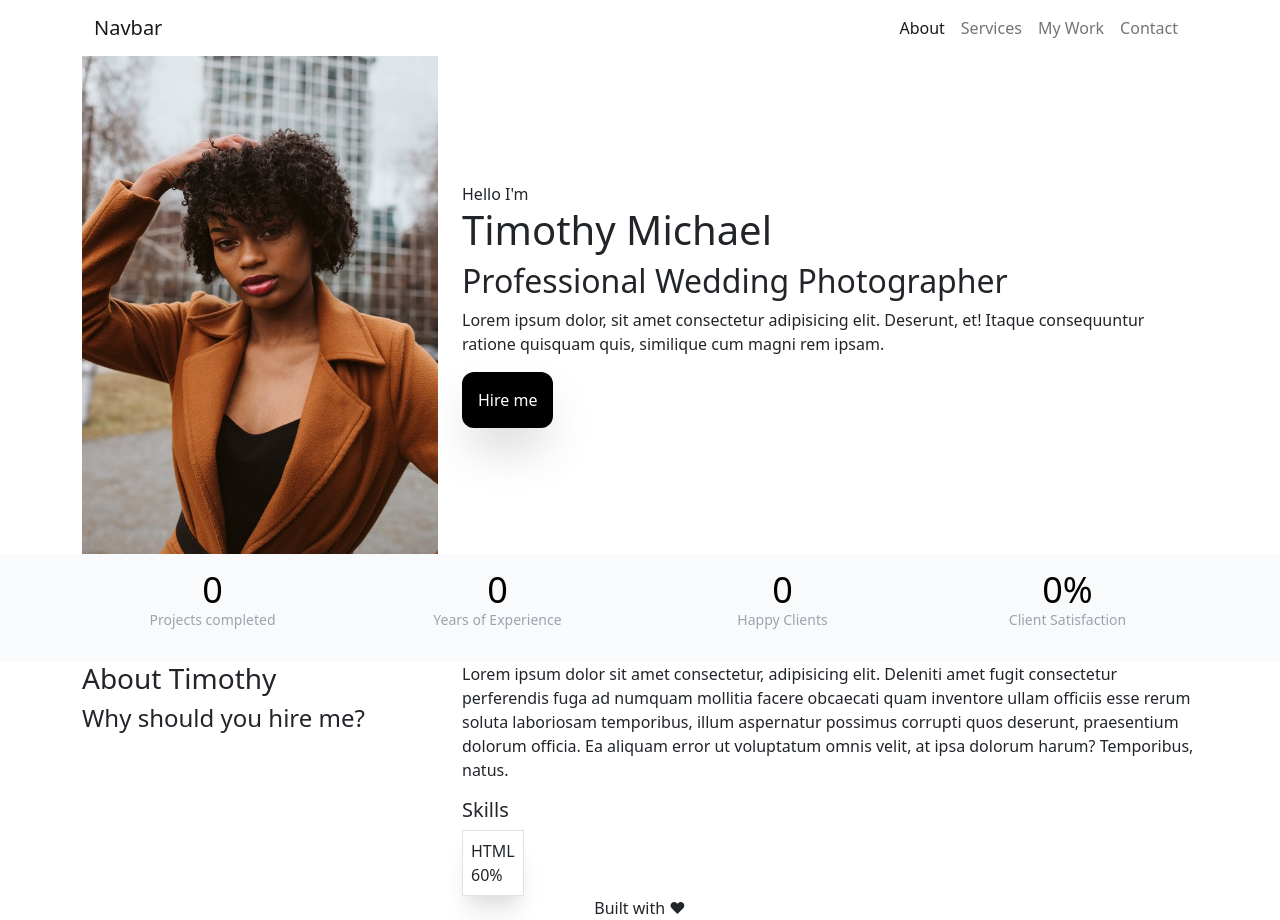
Repository: latenightsnacc/giggles
Page: HTML/freelancer.html
The author's editor kept a copy of each file at every save. The page is drawn from the files as they stood at one save, then again after the next save.
The browser window is 1280 px wide. The pictures show the whole page.
Some web libraries are served in a nearby version.

Above is the page before, as saved 2021-01-03 15:12:38.

After the next save:
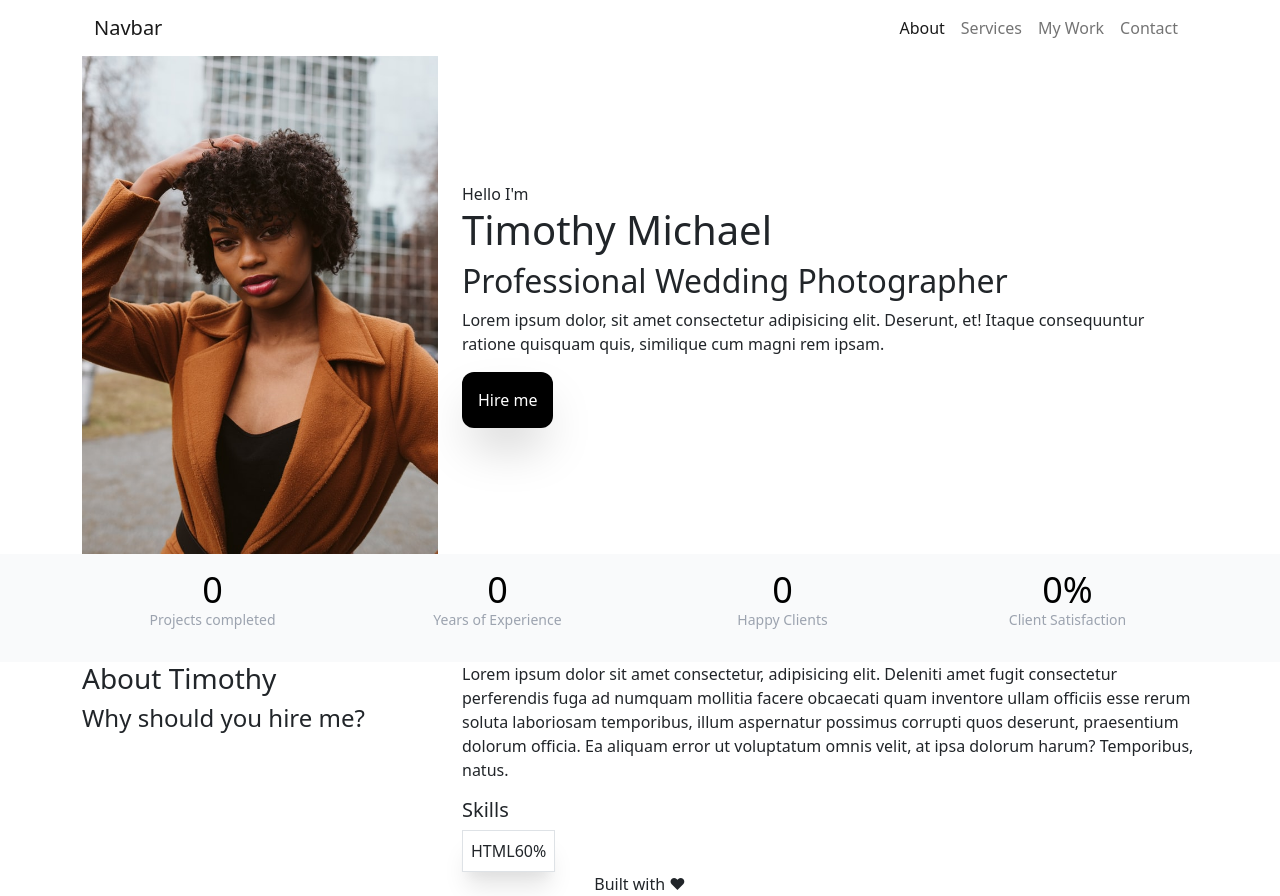
Saved 29 s later.
--- a/HTML/freelancer.html
+++ b/HTML/freelancer.html
@@ -98,7 +98,7 @@
                     <p>Lorem ipsum dolor sit amet consectetur, adipisicing elit. Deleniti amet fugit consectetur perferendis fuga ad numquam mollitia facere obcaecati quam inventore ullam officiis esse rerum soluta laboriosam temporibus, illum aspernatur possimus corrupti quos deserunt, praesentium dolorum officia. Ea aliquam error ut voluptatum omnis velit, at ipsa dolorum harum? Temporibus, natus.</p>
                     <h5>Skills</h5>
                     <div class="d-flex flex-wrap">
-                        <div class="skill-box shadow-xl max-w-sm p-2 border border-blue-100">
+                        <div class="skill-box shadow-xl max-w-sm p-2 border border-gray-100 flex justify-center">
                             <div>HTML</div>
                             <span>60%</span>
                         </div>

After the save that followed:
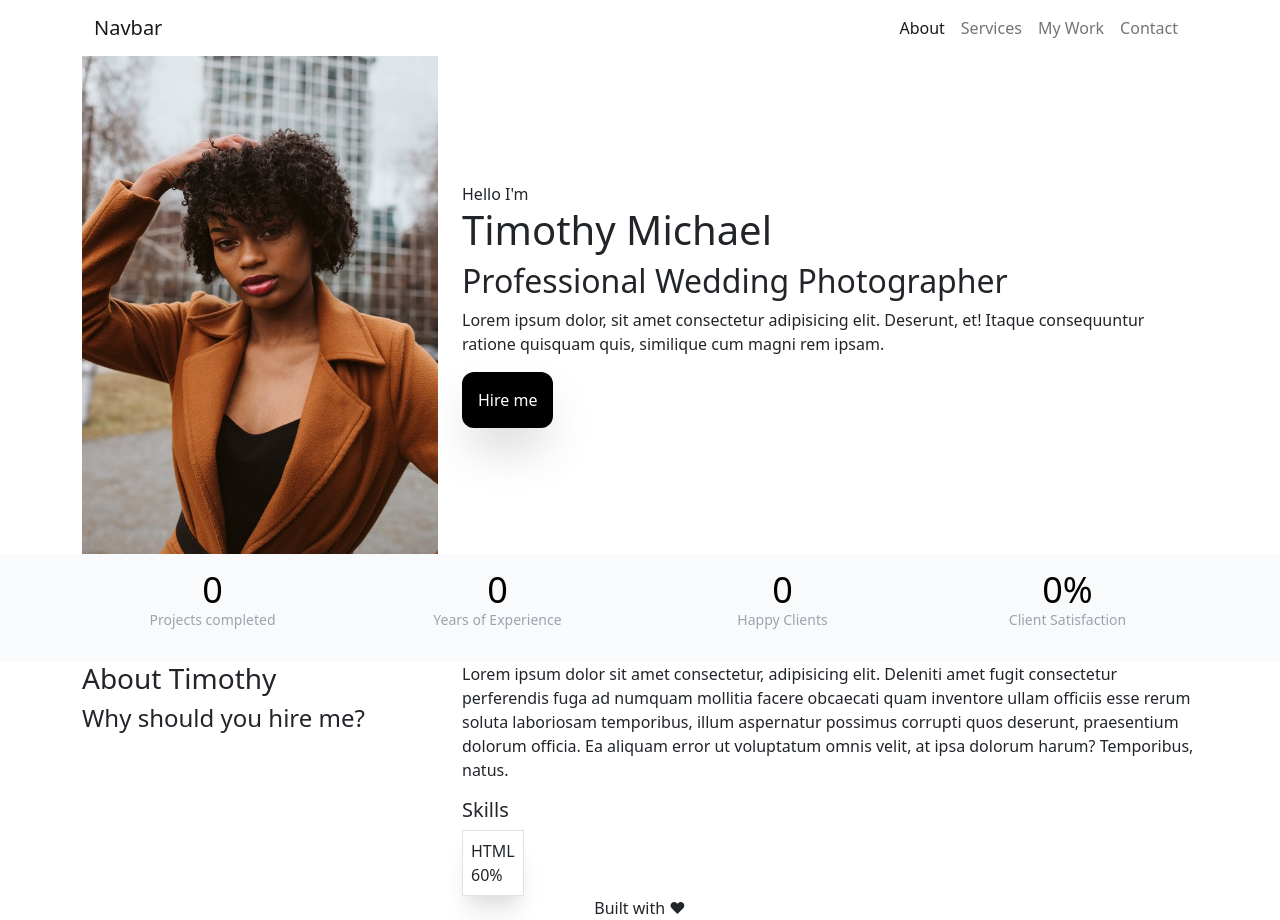
Saved 16 s later.
--- a/HTML/freelancer.html
+++ b/HTML/freelancer.html
@@ -98,7 +98,7 @@
                     <p>Lorem ipsum dolor sit amet consectetur, adipisicing elit. Deleniti amet fugit consectetur perferendis fuga ad numquam mollitia facere obcaecati quam inventore ullam officiis esse rerum soluta laboriosam temporibus, illum aspernatur possimus corrupti quos deserunt, praesentium dolorum officia. Ea aliquam error ut voluptatum omnis velit, at ipsa dolorum harum? Temporibus, natus.</p>
                     <h5>Skills</h5>
                     <div class="d-flex flex-wrap">
-                        <div class="skill-box shadow-xl max-w-sm p-2 border border-gray-100 flex justify-center">
+                        <div class="skill-box shadow-xl max-w-sm p-2 border border-gray-100 flex flex-col justify-center">
                             <div>HTML</div>
                             <span>60%</span>
                         </div>
